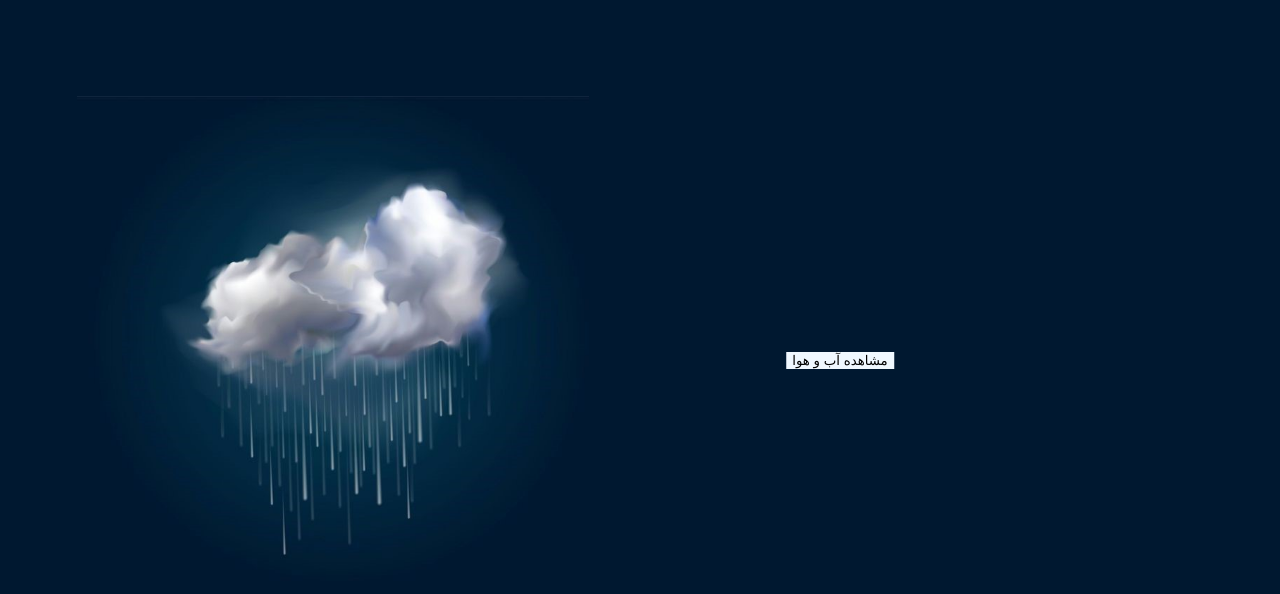
Repository: fateme81yosefi/weather
Page: landing/Landing.html
An editor plug-in stored every save of this project. The page is shown before and after a run of saves, followed by the edit.
The browser window is 1280 px wide. The pictures show the whole page.

Above is the page before, as saved 2025-02-02 16:45:46.

### landing/Landing.html
<!doctype html>
<html lang="en">
	<head>
		<meta charset="utf-8">
		<meta name="viewport" content="width=device-width,initial-scale=1">
        <link rel="stylesheet" href="./style/landing.css">

		<title>هواشناسی</title>
	</head>
	<body>
        <div class="container-landing">
            <div class="contain-btn">
                <button class="go-to-weather">مشاهده آب و هوا</button>
            </div>

        </div>


		<script src="./js/landing.js"></script>
	</body>

</html>

### landing/style/landing.css
body {
  margin: 0 !important;
  padding: 0;
  overflow: hidden;
  background-color: #001830;
}
.container-landing {
  background-image: url("../images/bg.jpg");
  background-position: center;
  background-size: 100%;
  background-repeat: no-repeat;
  height: 100vh;
  margin: 0;
  padding: 0;
}

.contain-btn {
  position: absolute;
  top: 50%;
  left: 50%;
  transform: translate(-50%, -50%) translateX(200px);
}
.go-to-weather{
    background-color: aliceblue;
    border: none;

}
@media screen and (min-width: 1200px) {
  .container-landing {
    background-position: left;
    background-size: 40%;
    background-position: 10%;
  }
}

Loaded but not shown: landing/js/landing.js (no stored copy; drawn as an empty file)

After the next 3 saves:
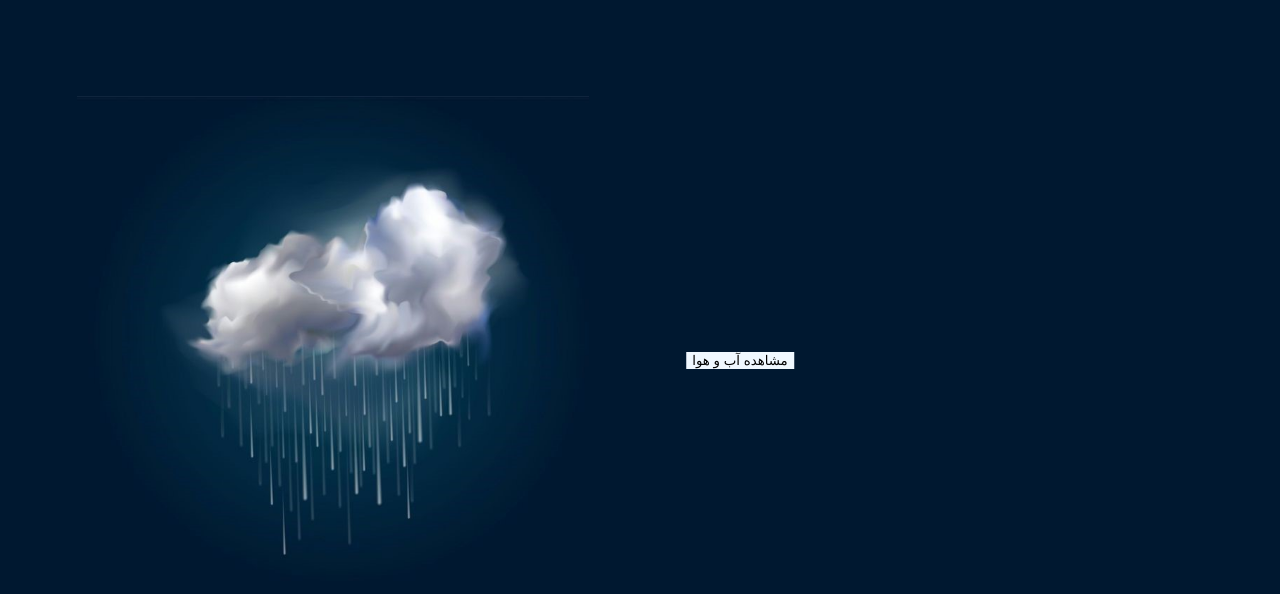
The 3 saves are shown as one change because they came seconds apart.
The last was saved 9 s later.
--- a/landing/style/landing.css
+++ b/landing/style/landing.css
@@ -18,7 +18,7 @@ body {
   position: absolute;
   top: 50%;
   left: 50%;
-  transform: translate(-50%, -50%) translateX(200px);
+  transform: translate(-50%, -50%) translateX(100px);
 }
 .go-to-weather{
     background-color: aliceblue;
